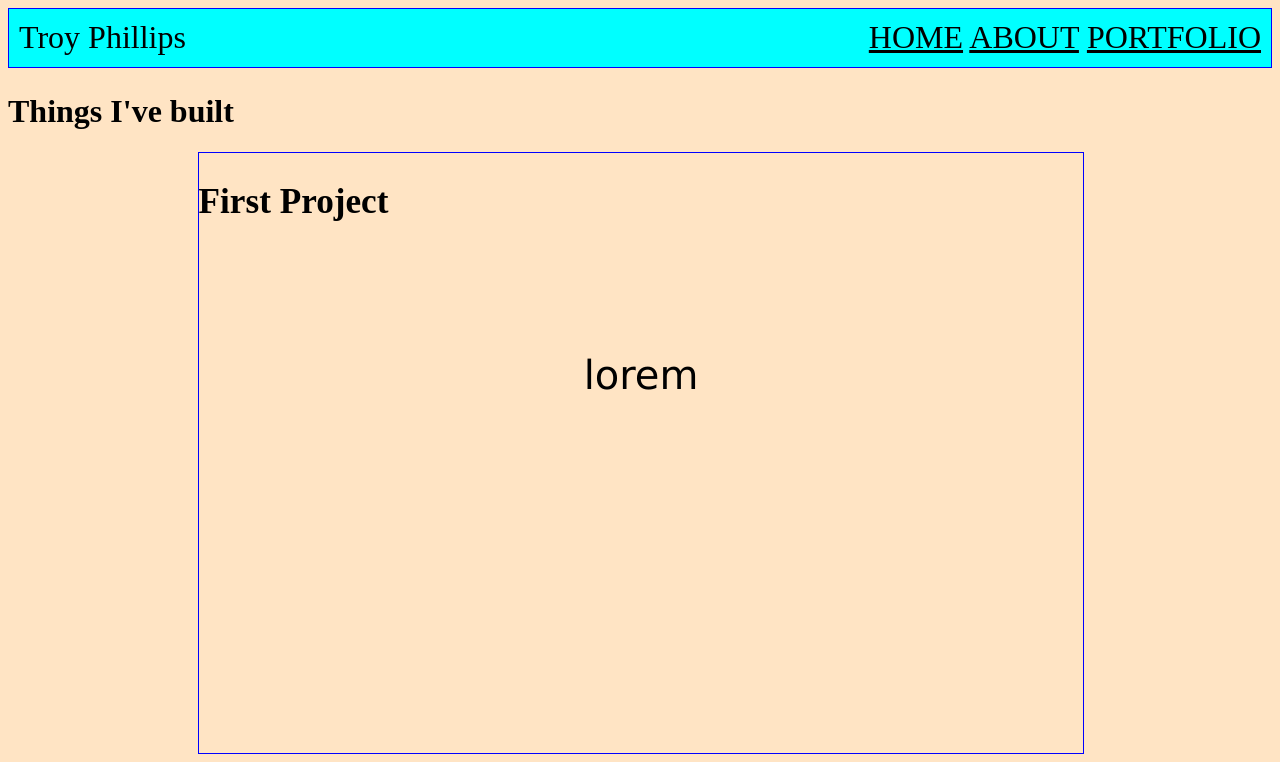
Repository: TheTroyPhillips/Personal-website
Page: portfolio.html
An editor plug-in stored every save of this project. The page is shown before and after the next save, followed by the edit.
The browser window is 1280 px wide. The pictures show the whole page.

Above is the page before, as saved 2023-09-10 22:34:56.

After the next save:
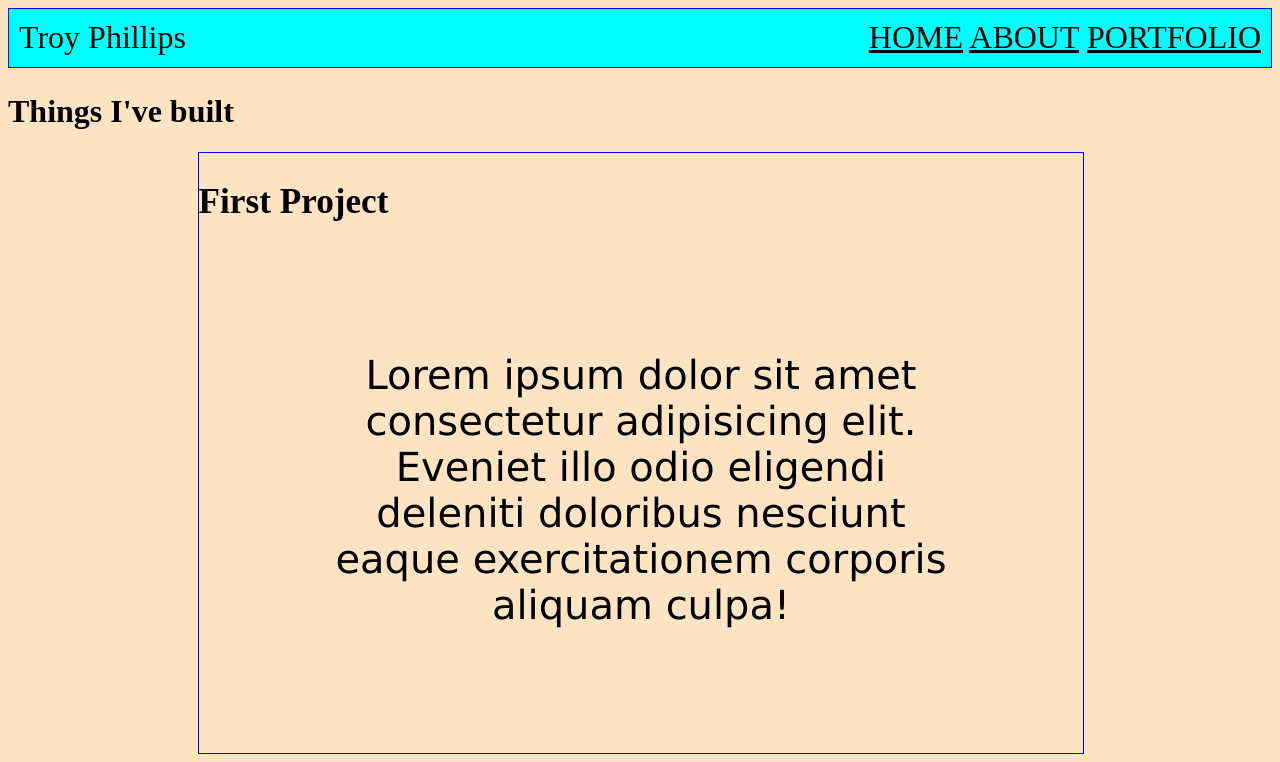
Saved 5 s later.
--- a/portfolio.html
+++ b/portfolio.html
@@ -19,5 +19,5 @@
         <h1>Things I've built</h1>
         <div class="childc">
             <h2 class="two">First Project</h2>
-            <p>lorem</p>
+            <p>Lorem ipsum dolor sit amet consectetur adipisicing elit. Eveniet illo odio eligendi deleniti doloribus nesciunt eaque exercitationem corporis aliquam culpa!</p>
         </div>
